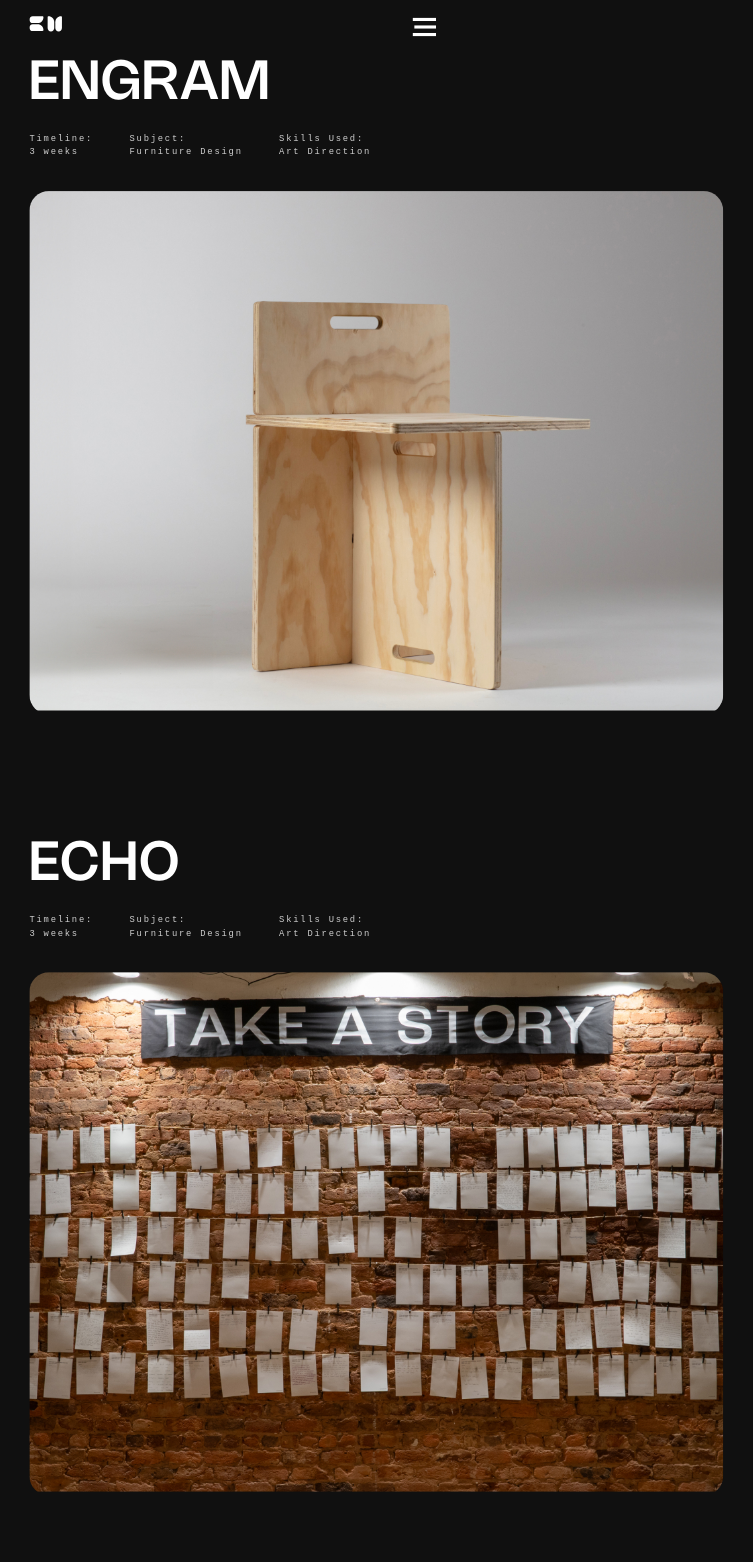
Repository: theethanwright/ethan_wright_portfolio
Page: work.html
The author's editor kept a copy of each file at every save. The page is drawn from the files as they stood at one save, then again after the next save.
The browser window is 768 px wide. The pictures show the whole page, at 98% of full size.

Above is the page before, as saved 2023-12-26 21:16:13.

After the next save:
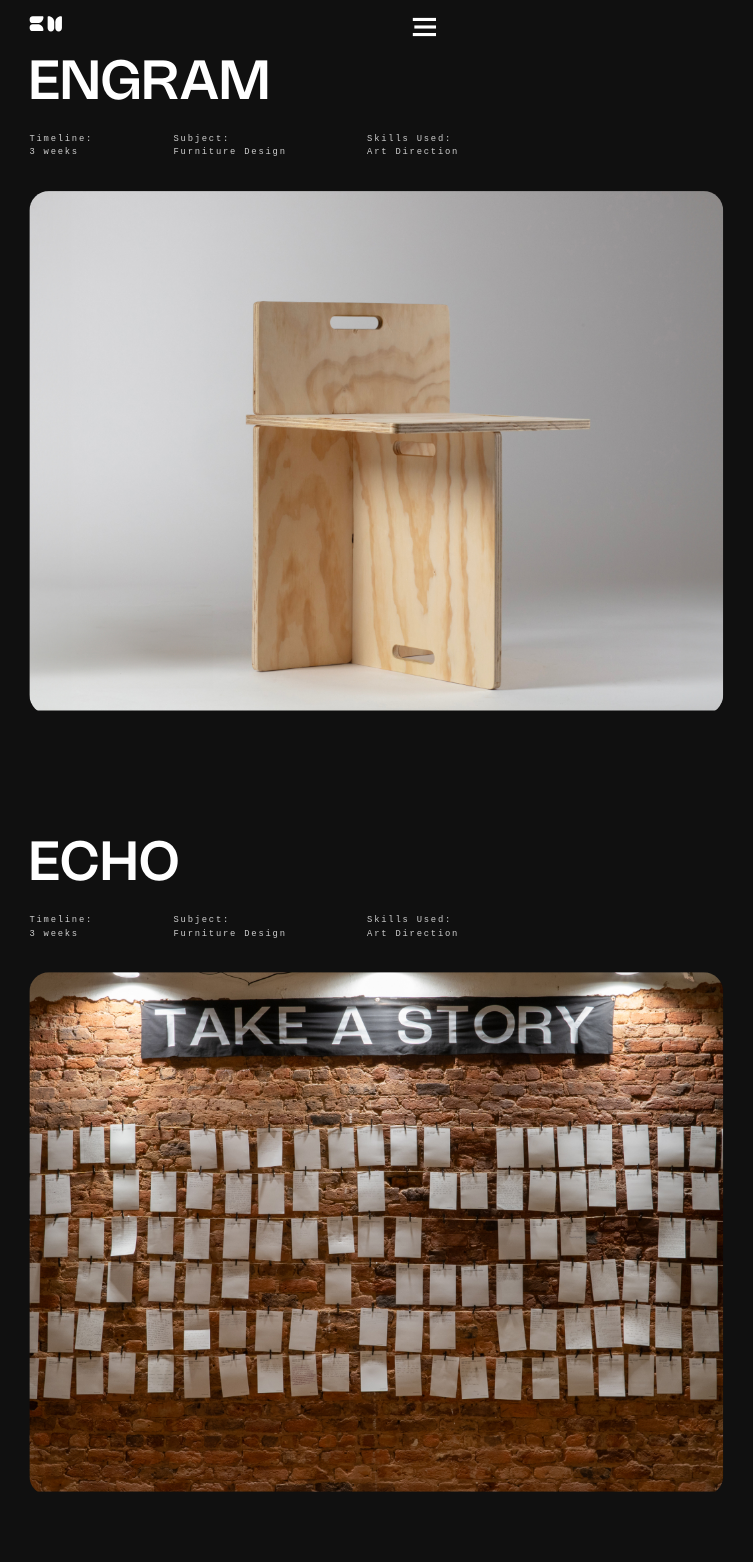
Saved 4 s later.
--- a/work/layouts.css
+++ b/work/layouts.css
@@ -138,7 +138,7 @@
     }
 
     .wrapper-project .project-info {
-      grid-column: 1 / span 4;
+      grid-column: 1 / span 5;
       justify-self: stretch;
       align-self: end;
 
